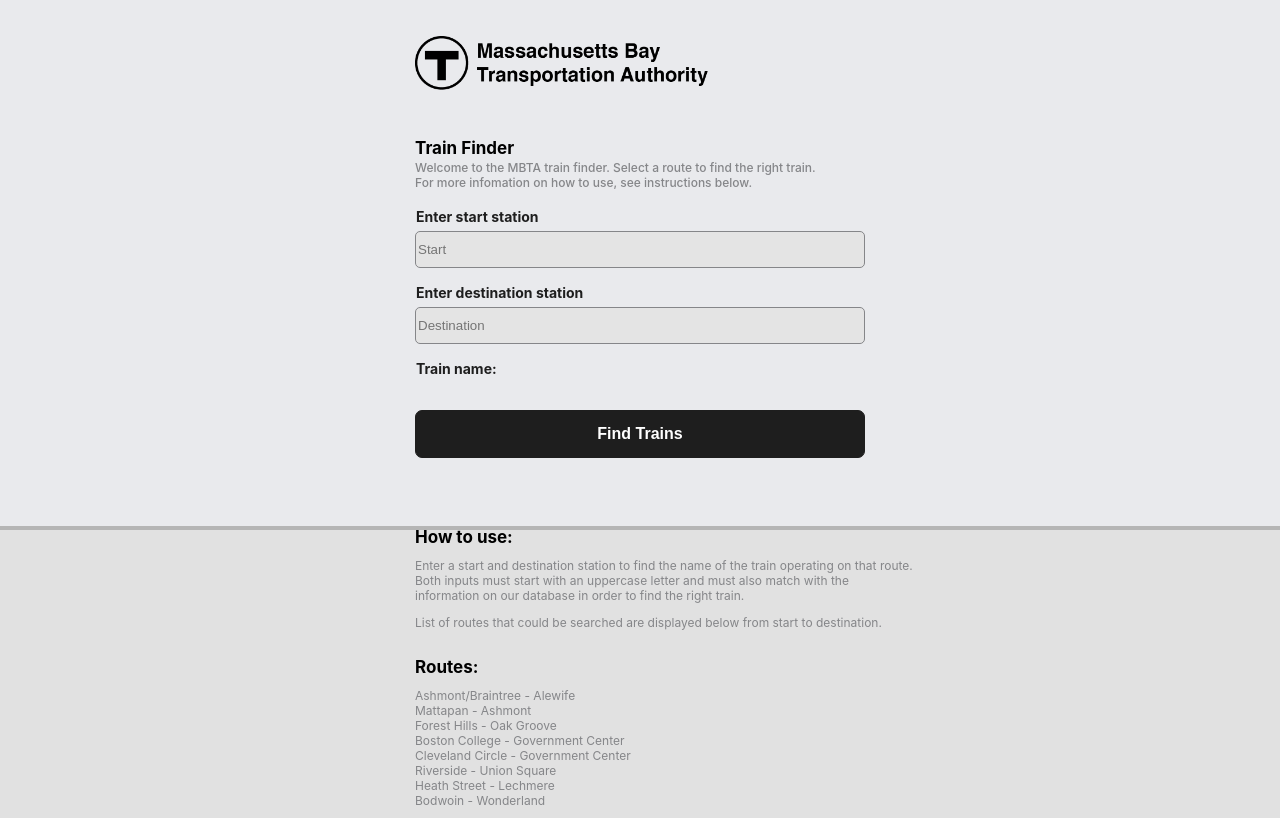
Repository: jumadesigns/mbta-train-finder
Page: / (app in mbta-app/)
An editor plug-in stored every save of this project. The page is shown before and after the next save, followed by the edit.
The browser window is 1280 px wide. The pictures show the whole page.
The page's requests for data from a server got no answer. The project was rebuilt for these pictures with package versions that can differ from the ones it lists, and the page was loaded fresh each time. No one was signed in, and anything a server would have sent is missing.

Above is the page before, as saved 2022-09-26 22:01:53.

After the next save:
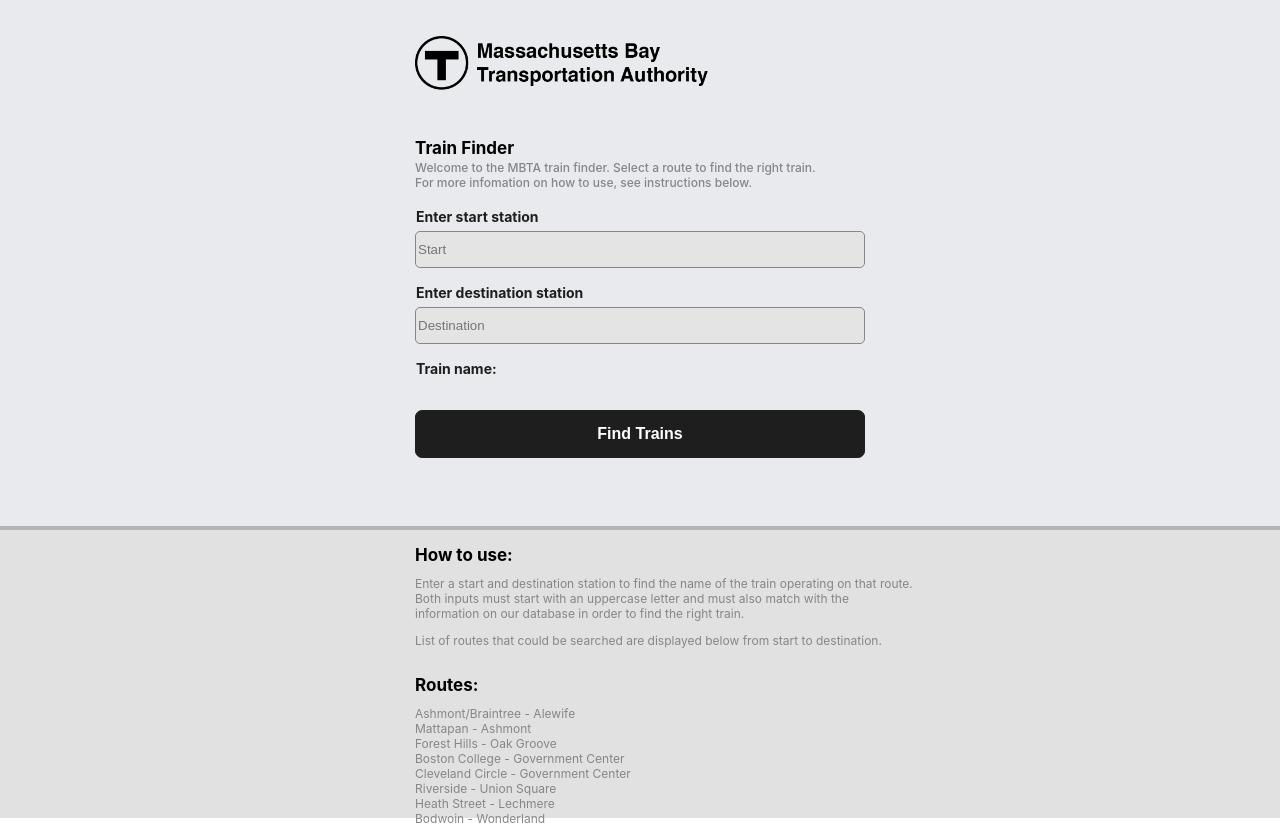
Saved 71 s later.
--- a/mbta-app/src/index.css
+++ b/mbta-app/src/index.css
@@ -129,7 +129,7 @@
 .bottom-center-div {
   height: 400px;
   width: 450px;
-  margin-top: -5vh;
+  margin-top: -vh;
   /*background-color: blue;*/
 }
 
